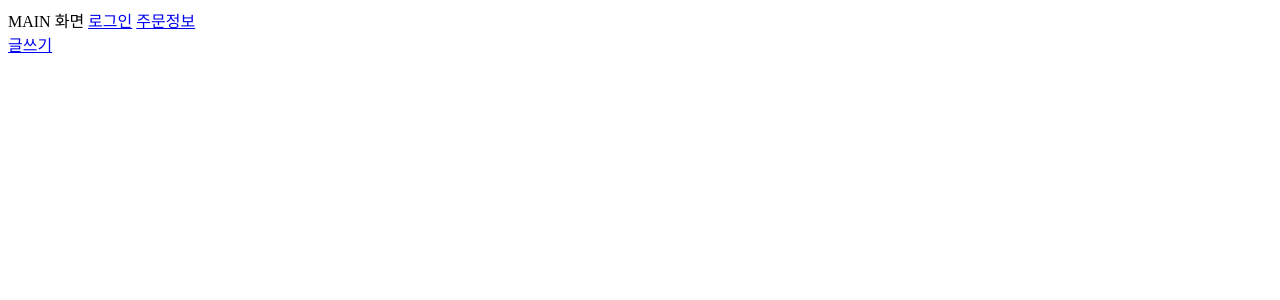
Repository: mvcfvsgdj/javaee
Page: http://localhost/filterPrj0912/home
An editor plug-in stored every save of this project. The page is shown before and after the next save, followed by the edit.
The browser window is 1280 px wide. The pictures show the whole page.
The page is served by Tomcat 9.

Above is the page before, as saved 2023-09-12 05:39:44.

After the next save:
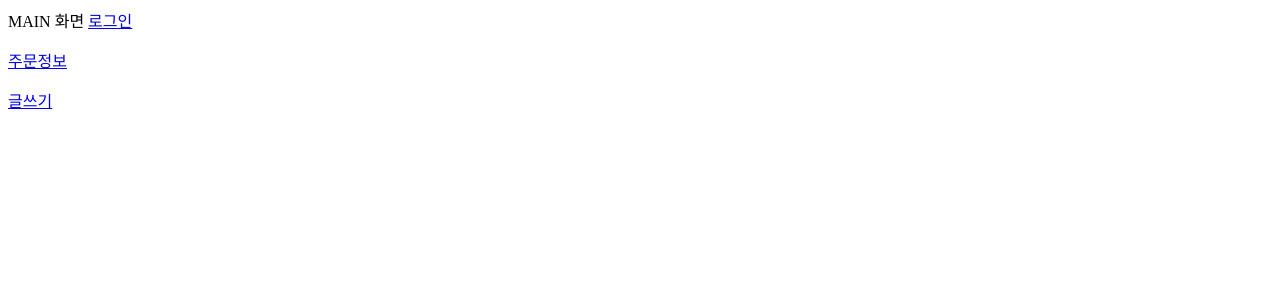
Saved 20 s later.
--- a/filterPrj0912/src/main/webapp/WEB-INF/views/home.jsp
+++ b/filterPrj0912/src/main/webapp/WEB-INF/views/home.jsp
@@ -26,9 +26,9 @@ String id = (String) session.getAttribute("id");
 		<%
 	}
 	%>
-
+	<p>
 	<a href="<%=request.getContextPath()%>/order"> 주문정보</a><br>
-
+	<p>
 	<a href="<%=request.getContextPath()%>/board">글쓰기</a><br>
 
 
